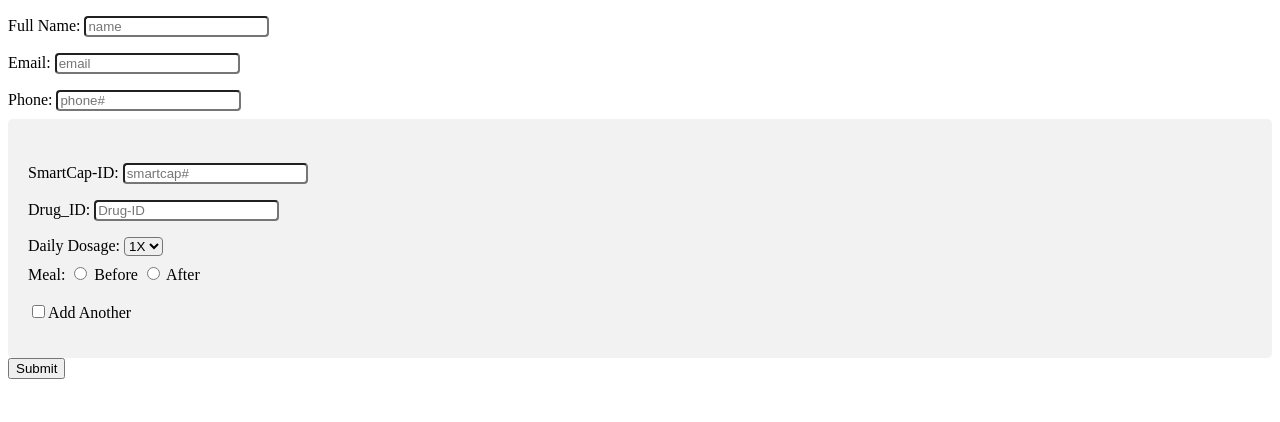
Repository: abhibroto0402/smartcap-service-node
Page: index.html
The author's editor kept a record of every edit. The page is drawn from the files as they stood at one moment, then again after the next edit.
The browser window is 1280 px wide. The pictures show the whole page.

Above is the page before.

After the next edit:
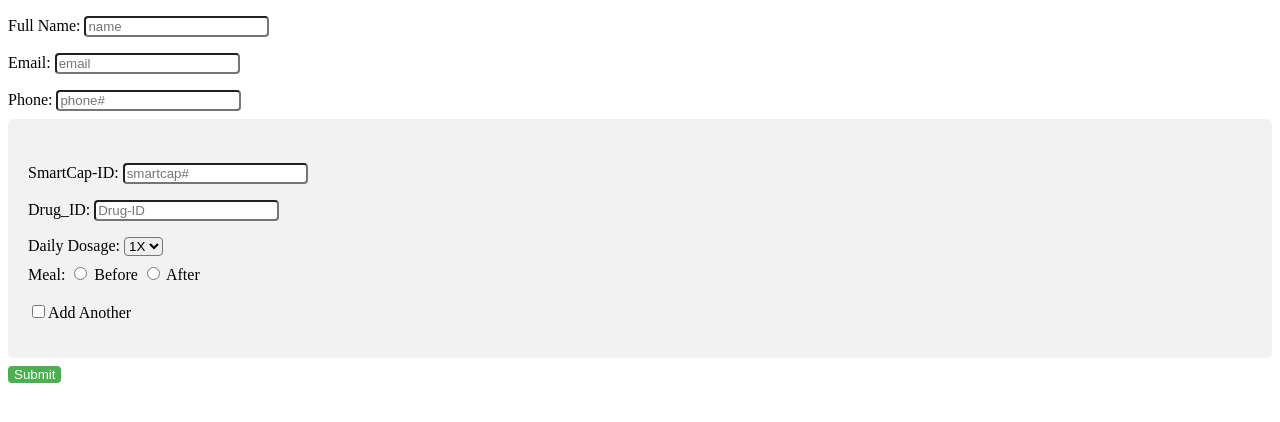
The edit:
--- a/index.html
+++ b/index.html
@@ -51,8 +51,7 @@
     border-radius: 4px;
 }
 
-input[type=submit] {
-    width: 100%;
+button[type=submit] {
     background-color: #4CAF50;
     color: white;
     margin: 8px 0;
